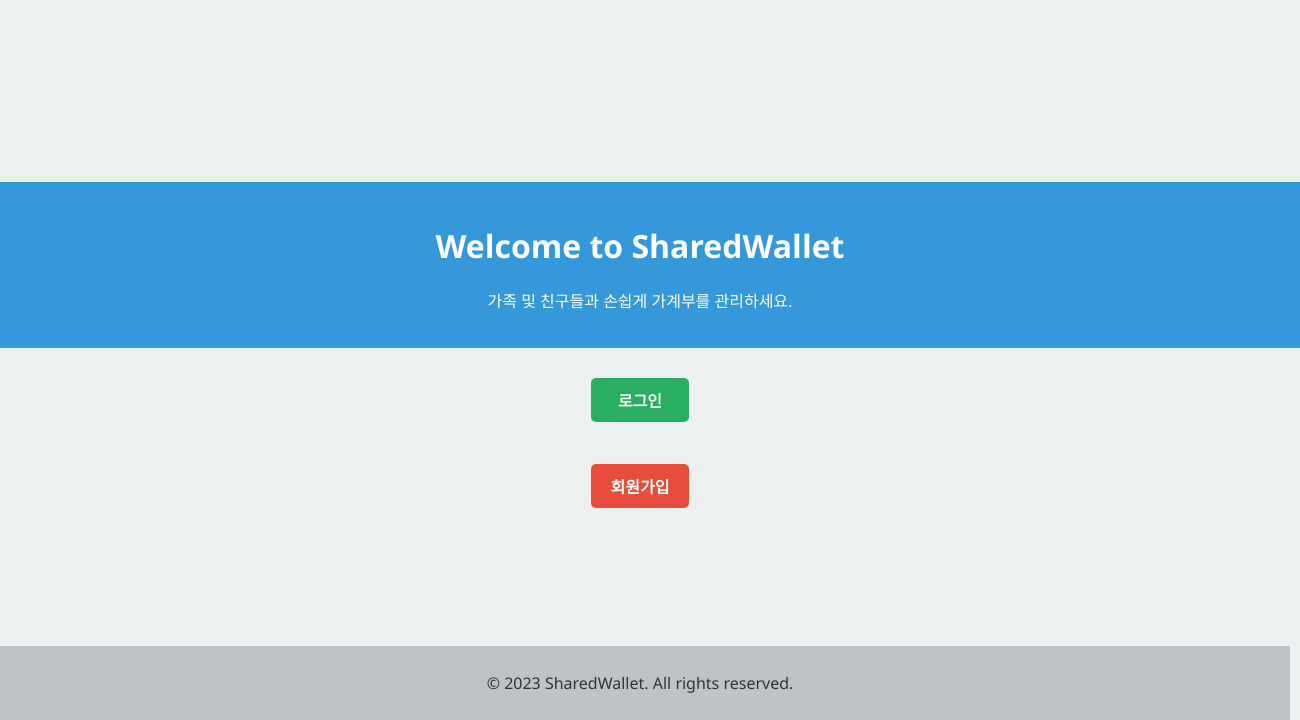
Repository: YoonHakyoung/SharedWallet
Page: http://localhost/Final_Exam/WEB-INF/views/home.jsp
The author's editor kept a copy of each file at every save. The page is drawn from the files as they stood at one save, then again after the next save.
The browser window is 1280 px wide. The page is 1300 px wide, so the pictures cover 1300 px, including what lies to the right of the window. The pictures show the whole page.
The page is served by Tomcat 9. Nobody is signed in. The template is opened directly, without the code that normally fills it, so the values that code supplies are empty.

Above is the page before, as saved 2023-12-08 14:29:00.

After the next save:
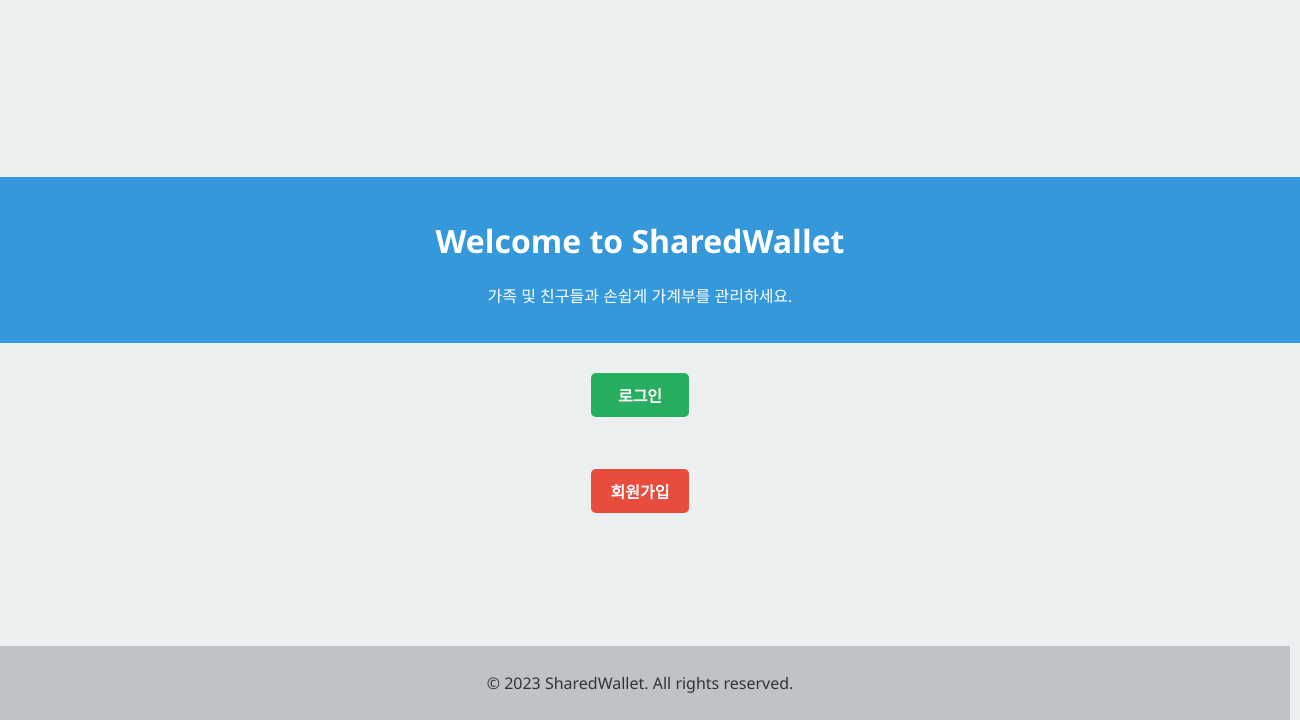
Saved 47 s later.
--- a/Spring/Project/Final Exam/src/main/webapp/resources/css/home.css
+++ b/Spring/Project/Final Exam/src/main/webapp/resources/css/home.css
@@ -64,8 +64,5 @@ a.login {
 a.signup {
     background-color: #e74c3c;
     color: #fff;
+    margin-top: 20px;
 }
-/* 버튼 사이의 간격을 조절하는 추가 스타일 */
-a.login + a.signup {
-    margin: 0.5px; /* 첫 번째 버튼과 두 번째 버튼 사이의 간격 조절 */
-}
